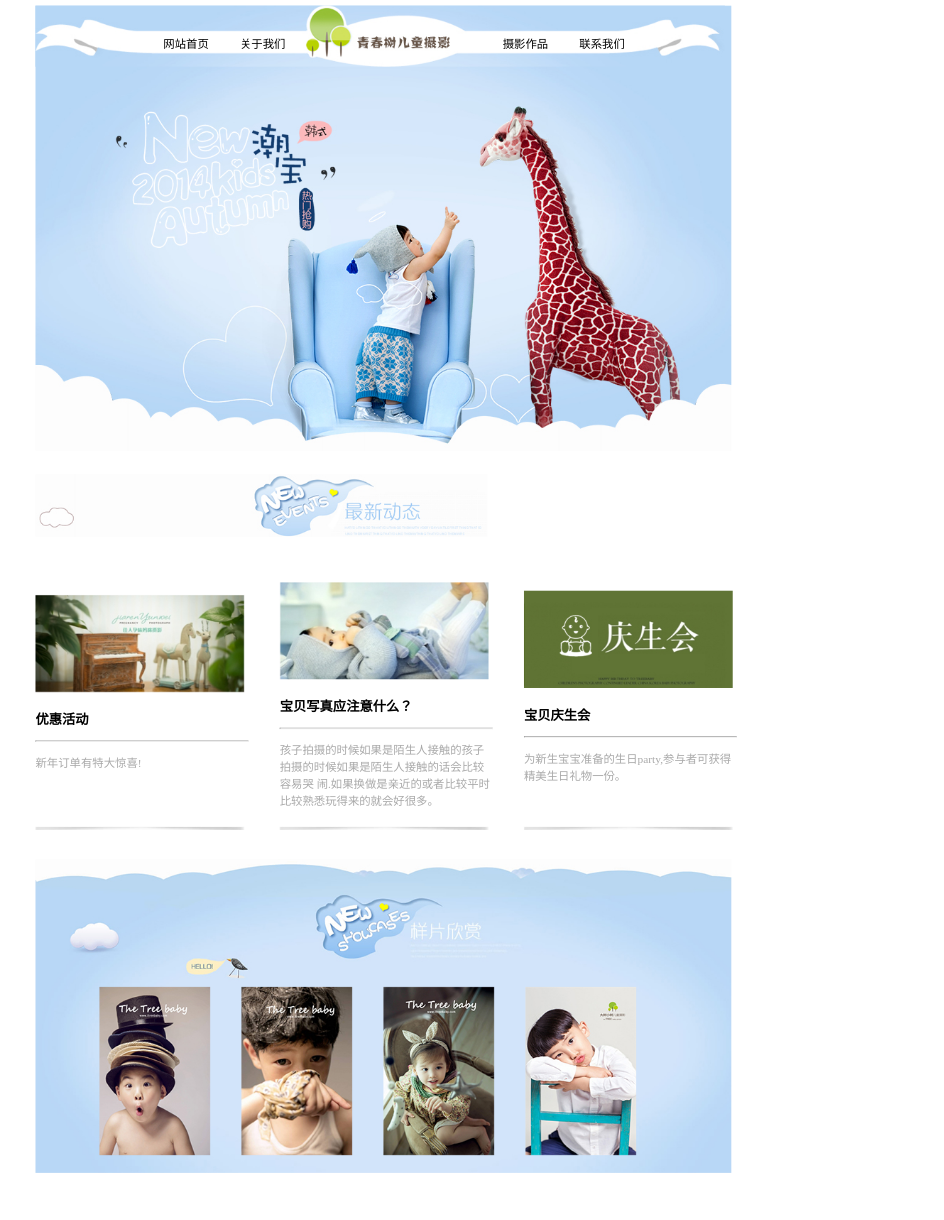
Repository: kxl666/kxl-Html
Page: 05.1.第五节任务(儿童摄影网)/index.html
These files come from the project's save history. The page is drawn as it stood at one moment and after the next save; the edit follows.
The browser window is 1280 px wide. The page is 1330 px wide, so the pictures cover 1330 px, including what lies to the right of the window. The pictures show the whole page, at 71% of full size.

Above is the page before, as saved 2021-09-16 22:37:02.

### 05.1.第五节任务(儿童摄影网)/index.html
<!DOCTYPE html>
<html lang="en">

<head>
    <meta charset="UTF-8">
    <meta http-equiv="X-UA-Compatible" content="IE=edge">
    <meta name="viewport" content="width=device-width, initial-scale=1.0">
    <title>Document</title>
    <link rel="stylesheet" href="style.css">
</head>

<body>
    <div class="content">
        <div class="header">
            <div class="dh">
                <div class="op">
                    <span>网站首页</span>
                    <span>关于我们</span>
                </div>
                <div class="po">
                    <span>摄影作品</span>
                    <span>联系我们</span>
                </div>
            </div>
        </div>

        <div class="midder">
            <img src="img/dongtai.jpg" id="img1">
            <div class="dt">
                <span>
                    <img src="img/news1.jpg">
                    <h3>优惠活动</h3>
                    <hr>
                    <p>新年订单有特大惊喜!</p><br><br><br>
                    <img src="img/yinying.jpg">
                </span>
                <span>
                    <img src="img/news2.jpg">
                    <h3>宝贝写真应注意什么？</h3>
                    <hr>
                    <p>孩子拍摄的时候如果是陌生人接触的孩子拍摄的时候如果是陌生人接触的话会比较容易哭
                        闹.如果换做是亲近的或者比较平时比较熟悉玩得来的就会好很多。
                        <br>

                    </p>
                    <img src="img/yinying.jpg">
                </span>
                <span>
                    <img src="img/news3.jpg">
                    <h3>宝贝庆生会</h3>
                    <hr>
                    <p>为新生宝宝准备的生日party,参与者可获得精美生日礼物一份。
                        <br><br><br>
                    </p>
                    <img src="img/yinying.jpg">
                </span>
            </div>
        </div>

        <div class="midder2">
            <div class="img2">
                <img src="img/img1.jpg">
                <img src="img/img2.jpg">
                <img src="img/img3.jpg">
                <img src="img/img4.jpg">

            </div>
        </div>
        <div class="footer">

        </div>
    </div>
</body>

</html>

### 05.1.第五节任务(儿童摄影网)/style.css
.content {
    width: 1180px;
    margin: 0 auto;
}

.header {
    margin: 0 auto;
    height: 660px;
    width: 1180px;
    background: url(img/bg.jpg) no-repeat;
    /* background-size:940px 570px; */
}

.dh {
    margin: 0 auto;
    background: url(img/nav.jpg) no-repeat;
    padding: 40px 0 0 120px;
    height: 46px;
    width: 1160px;
    /* margin-top: 10px;  */
}


.op {
    float: left;
    margin-left: 60px;
}

.op span:nth-child(2) {
    padding-left: 40px;
}
.po {
    float: right;
    margin-right: 450px;
}

.po span:nth-child(2) {
    padding-left: 40px;
}

.midder {
    height: 540px;
    width: 1180px;
    margin: 0 auto;
}

#img1 {
    margin-bottom: 60px;
}
/* .dt {
    width: 1030px;
} */

.dt span {
    /* float: left; */
    display: inline-block;
    width: 300px;
    height: 200px;
    padding-left: 0px;
    padding-right: 40px;
}

.dt p {
    font-family: "微软雅黑";
    color: darkgrey;
}

.midder2 {
    background: url(img/xinshang.jpg) no-repeat;
    /* margin: 0 auto; */
    height: 500px;
    margin-top: 2px;
}

.img2 {
    margin: 0px 0px 0px 90px ;
    padding-top: 180px;
}

.img2 img {
    padding-right: 40px ;
}

After the next save:
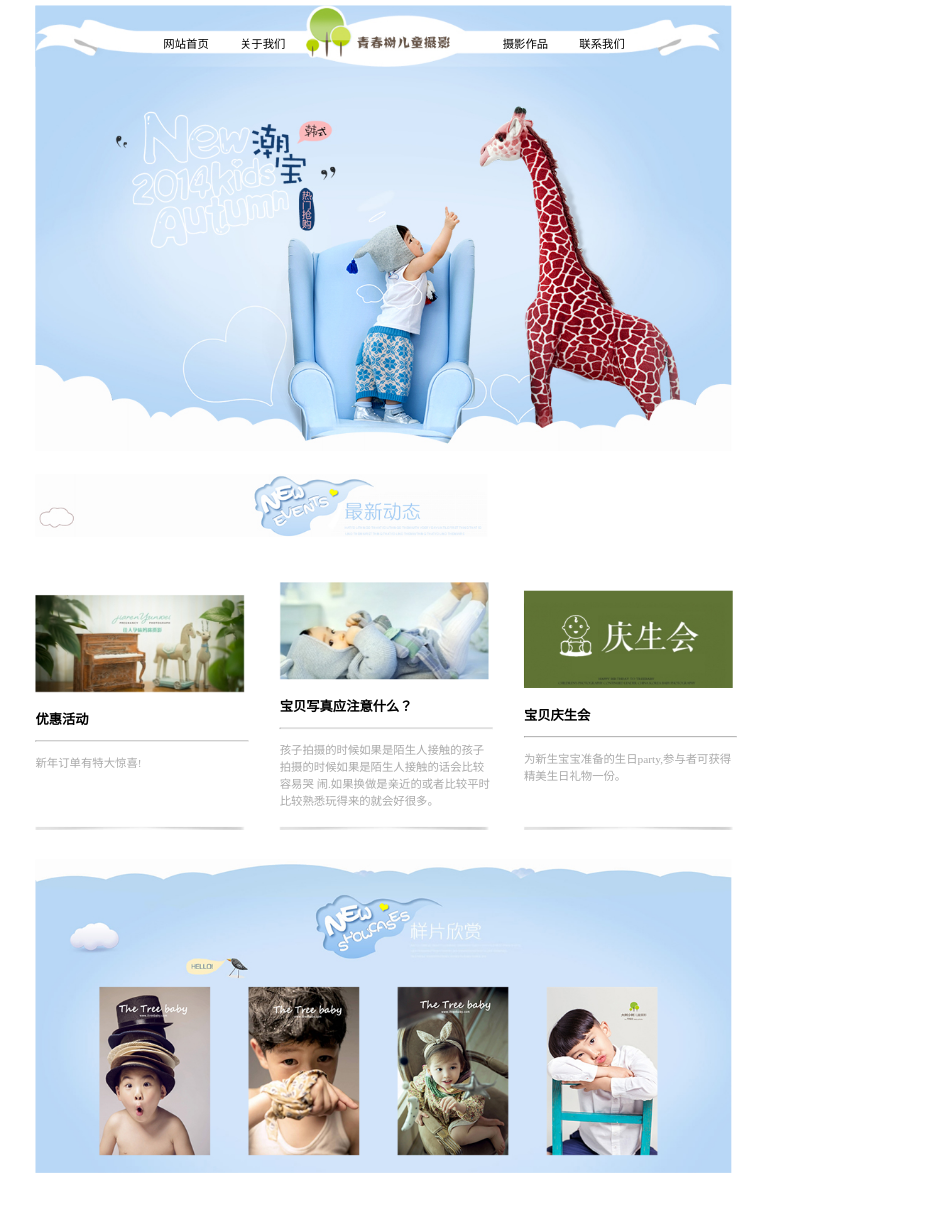
Saved 16 s later.
--- a/05.1.第五节任务(儿童摄影网)/style.css
+++ b/05.1.第五节任务(儿童摄影网)/style.css
@@ -78,5 +78,5 @@
 }
 
 .img2 img {
-    padding-right: 40px ;
+    padding-right: 50px ;
 }
